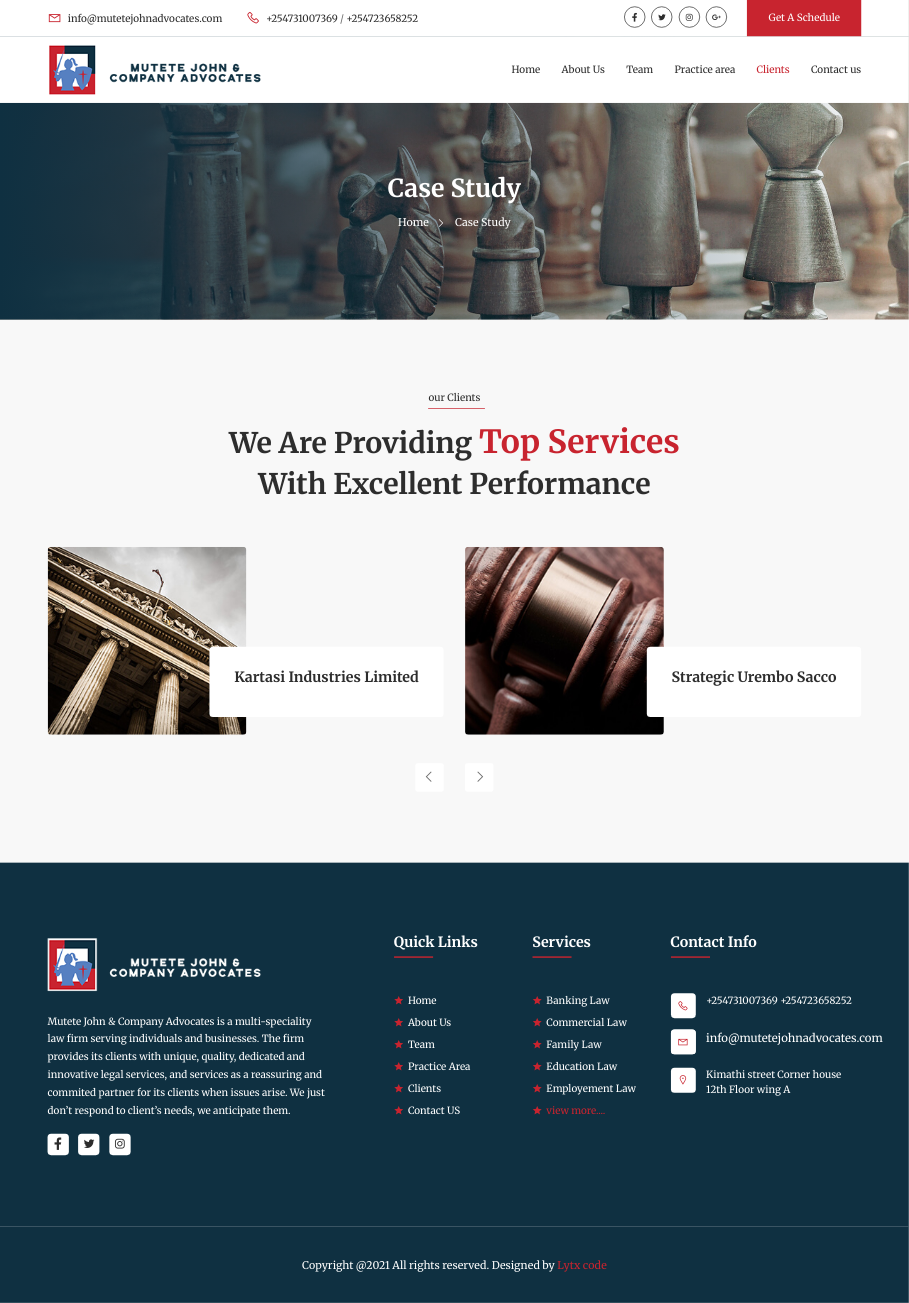
Repository: Samkiroko/mutete_john_website
Page: clients.html
These files come from the project's save history. The page is drawn as it stood at one moment and after the next save; the edit follows.
The browser window is 1280 px wide. The pictures show the whole page, at 71% of full size.

Above is the page before, as saved 2021-10-15 14:18:37.

After the next save:
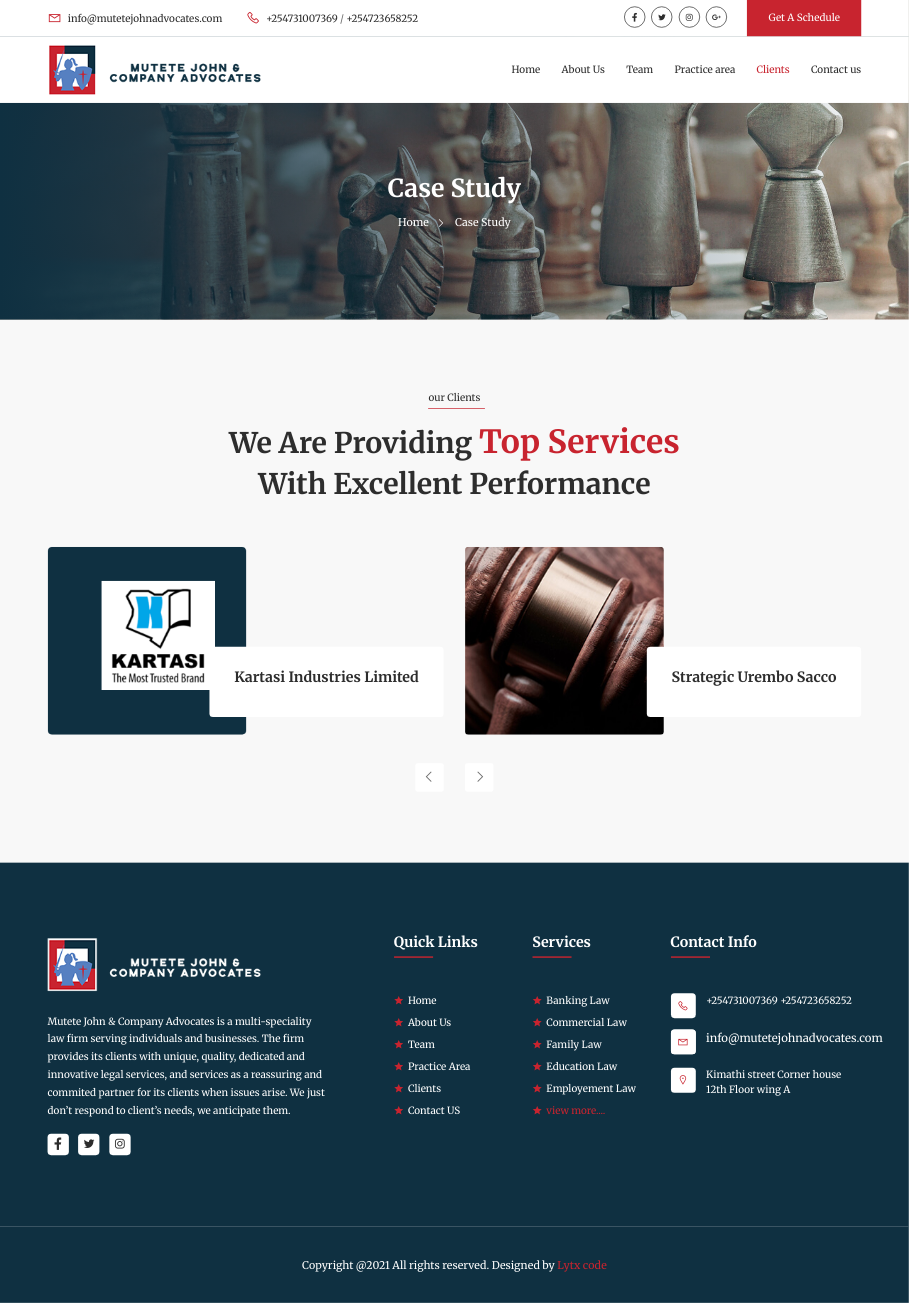
Saved 25 min 18 s later.
--- a/clients.html
+++ b/clients.html
@@ -165,7 +165,7 @@
             <div class="testimonials-slider owl-carousel owl-theme">
                 <div class="testimonials-slider-item">
                     <div class="testimonials-img">
-                        <img src="assets/img/case-study/case-study1.jpg" alt="Image" />
+                        <img src="assets/img/case-study/sarit.png" alt="Image" />
                     </div>
                     <div class="img-text">
                         <h3>Sarit Center Mall</h3>
@@ -173,7 +173,7 @@
                 </div>
                 <div class="testimonials-slider-item">
                     <div class="testimonials-img">
-                        <img src="assets/img/case-study/case-study2.jpg" alt="Image" />
+                        <img src="assets/img/case-study/kartasi.png" alt="Image" />
                     </div>
                     <div class="img-text">
                         <h3>Kartasi Industries Limited</h3>
